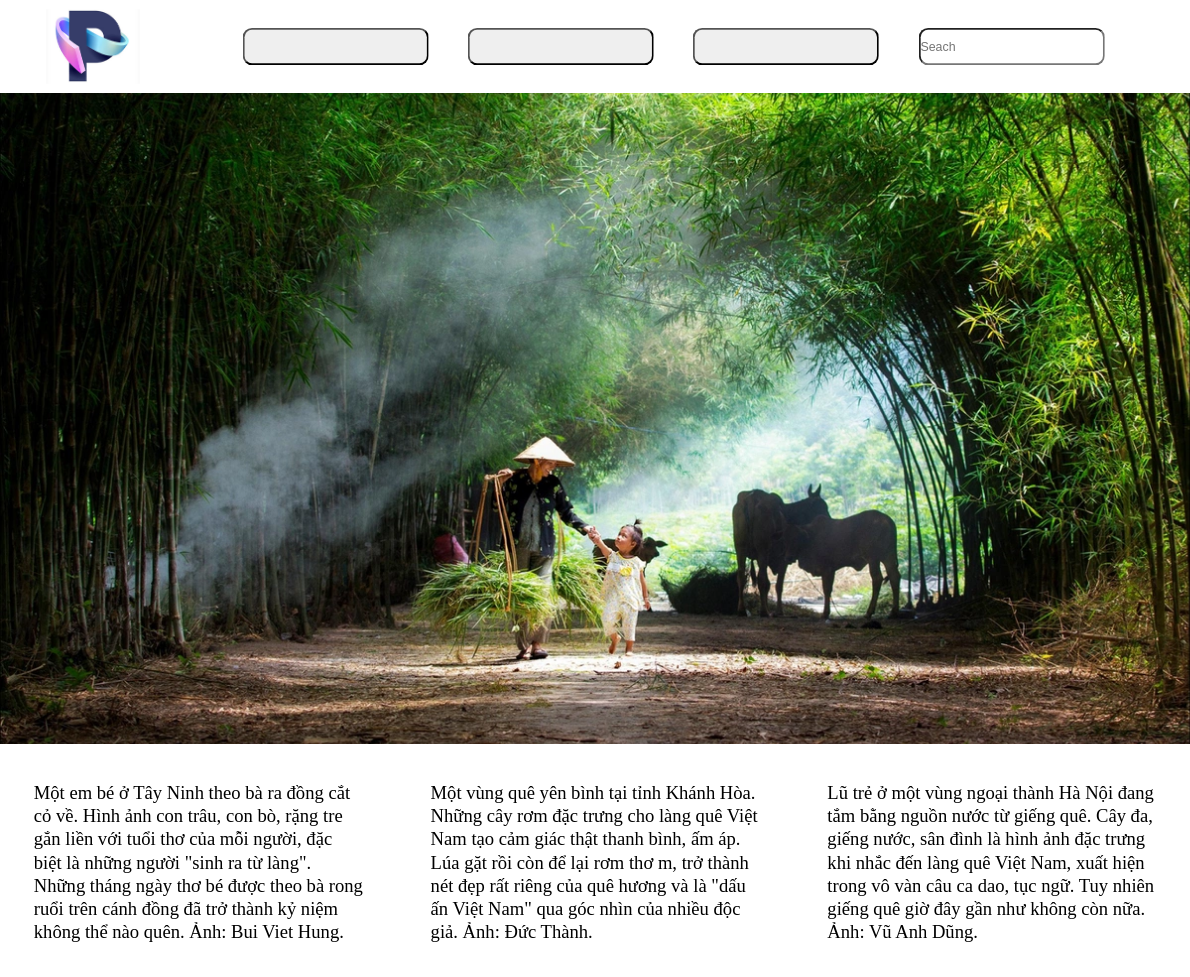
Repository: thinh909thinh/Thi
Page: index.html
The author's editor kept a copy of each file at every save. The page is drawn from the files as they stood at one save, then again after the next save.
The browser window is 1280 px wide. The pictures show the whole page, at 93% of full size.

Above is the page before, as saved 2022-05-13 09:06:13.

After the next save:
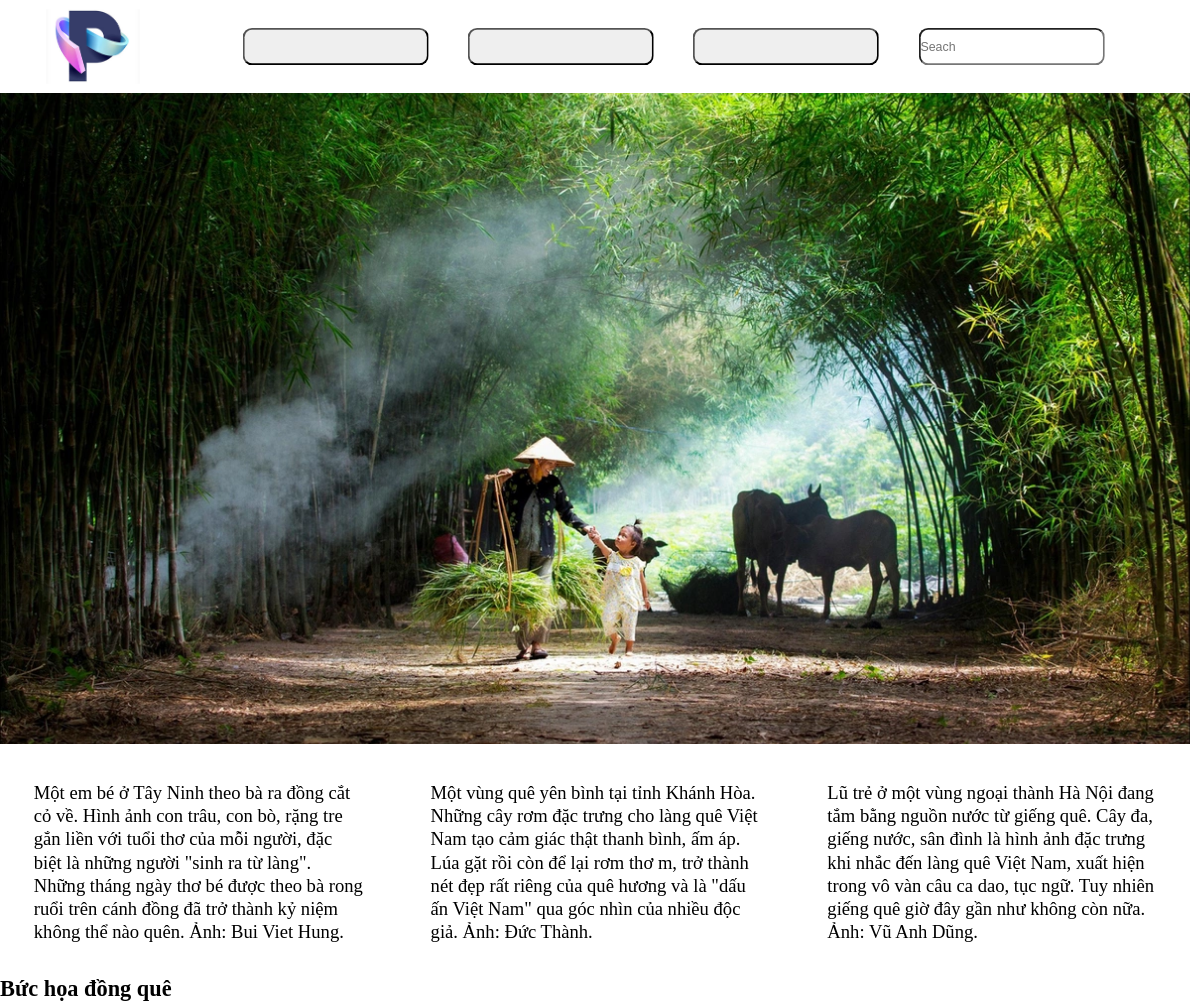
Saved 2 min 10 s later.
--- a/index.html
+++ b/index.html
@@ -47,6 +47,11 @@
                 </p>
             </div>
         </div>
+        <div class="main">
+            <div class="h2">
+                <h2>Bức họa đồng quê </h2>
+            </div>
+        </div>
     </section>
 </body>
 </html>
